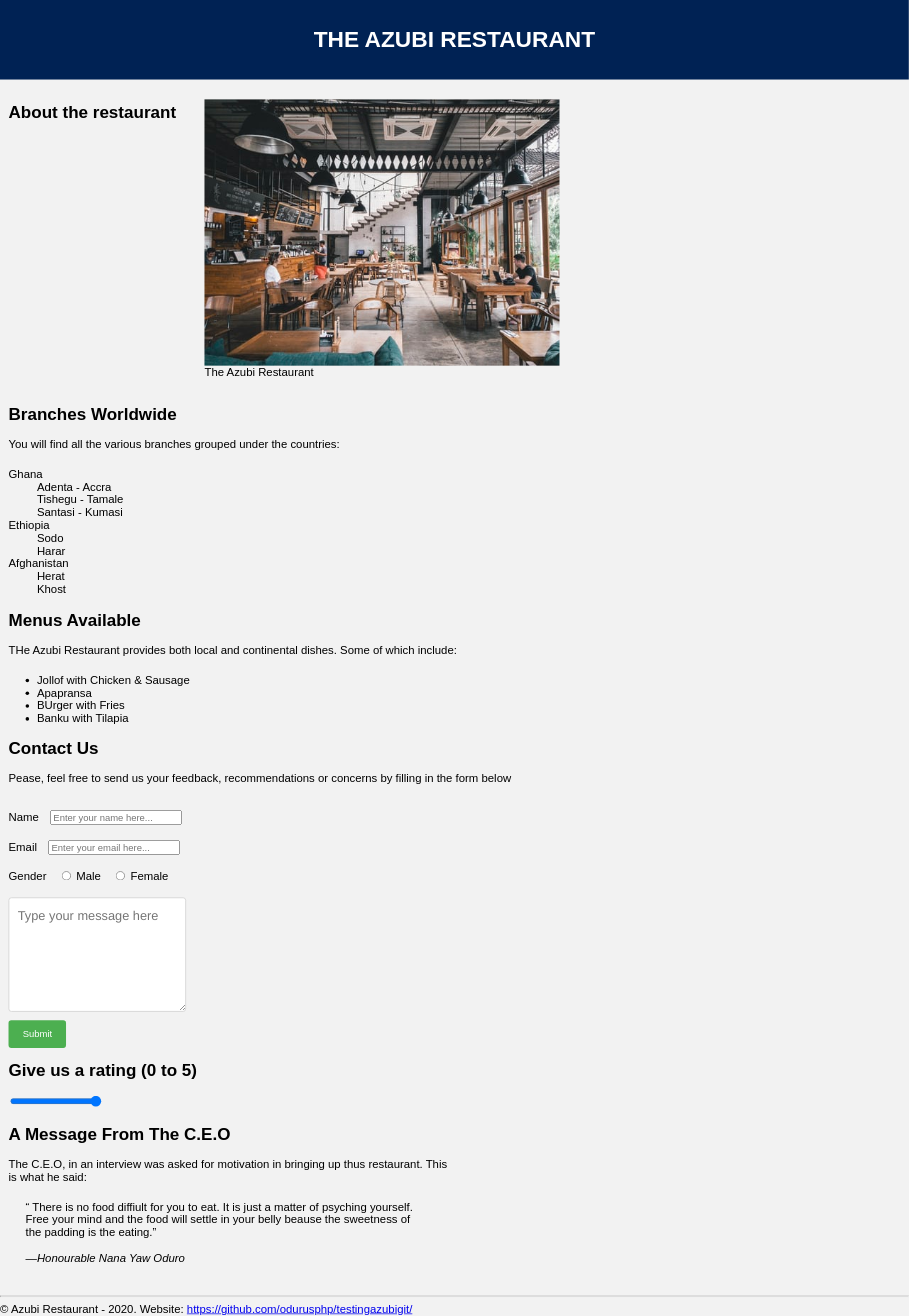
Repository: odurusphp/testingazubigit
Page: Fortune/FortunatusWulnye.html
These files come from the project's save history. The page is drawn as it stood at one moment and after the next save; the edit follows.
The browser window is 1280 px wide. The pictures show the whole page, at 71% of full size.

Above is the page before, as saved 2020-08-03 03:20:59.

### Fortune/FortunatusWulnye.html
<!--COMMENTS THAT ARE MINE ARE WRITTEN IN CAPITAL LETTERS-->
<!--THE GENERAL STRUCTURE OF THE PAGE IS GOOD WITH THE INDENTATION TOO-->
<!--THE CLASSES THAT YOU IMPLEMENTED TOO ARE GREAT KEEP IT UP-->
<!DOCTYPE html>
<html lang="en">
  <head>

    <meta charset="UTF-8" />
    <meta name="viewport" content="width=device-width, initial-scale=1.0" />
    <title>The Azubi Restaurant</title>
    <meta name="descrition" content="A website for Azubi restaurant">
    <meta name="author" content="Fortunatus Aabangbio Wulnye">
    <link rel="stylesheet" href="css/style.css">

  </head>

  <body>

      <header class="main-header">
        <div class="brand">
          <h1 class="site-title"><a href="#">THE AZUBI RESTAURANT</a></h1>
        </div>
      </header>

      <main class="main-container">
        <section class="aboutOne" >

        <aside class="about" >
          <h2>About the restaurant</h2>
          <!-- <p> -->
            <!-- The Azubi Restaurant is a German-based restaurant which provides -->
            <!-- it's customers with both <br /> -->
            <!-- local and continental dishes. It's headquarters is in Bielefeld in -->
            <!-- Germany. -->
          <!-- </p> -->
          <!-- <p> -->
            <!-- The image below is an interior view of the restaurant with a caption. -->
          <!-- </p> -->
          <!--IN ADDING THE IMAGE YOU TYPED OUT THE SRC WRONGLY KINDLY TAKE NOTE AND DO WELL TO REVIEW YOUR PAGE ALWAYS-->
        </aside>
  <div class="about-fig">
    <figure>
      <img src="images/FortununatusWulnyeRestaurant.jpg" alt="Azubi Restaurant" />
      <figcaption>The Azubi Restaurant</figcaption>
    </figure>
  </div>
        </section>

        <section class="branches">
          <h2>Branches Worldwide</h2>
          <p>You will find all the various branches grouped under the countries:</p>
          <dl>
            <dt class="country">Ghana</dt>
            <div class="location">
              <dd>Adenta - Accra</dd>
              <dd>Tishegu - Tamale</dd>
              <dd>Santasi - Kumasi</dd>
            </div>

            <dt class="country">Ethiopia</dt>
            <div class="location">
              <dd>Sodo</dd>
              <dd>Harar</dd>
            </div>

            <dt class="country">Afghanistan</dt>
            <div class="location">
              <dd>Herat</dd>
              <dd>Khost</dd>
            </div>
          </dl>
        </section>

        <section class="menus">
          <h2>Menus Available</h2>
          <p>THe Azubi Restaurant provides both local and continental dishes. Some of which include:</p>
          <ul>
            <li>Jollof with Chicken & Sausage</li>
            <li>Apapransa</li>
            <li>BUrger with Fries</li>
            <li>Banku with Tilapia</li>
          </ul>
        </section>

        <div class="Contact">
          <h2>Contact Us</h2>
          <p>Pease, feel free to send us your feedback, recommendations or concerns by filling in the form below</p>
          <form action="" method="POST">
            <label for="fname">Name</label>
            <input type="text" name="fname" placeholder ="Enter your name here..." required> <br>

            <label for="email">Email</label>
            <input type="text" name="email" placeholder ="Enter your email here..." required> <br>

            <label for="gender">Gender</label>
            <input type="radio" id="male" value="male">
            <label for="gender">Male</label>
            <input type="radio" id="female" value="female">
            <label for="gender">Female</label> <br>

            <textarea name="message" id="" cols="20" rows="5" placeholder="Type your message here"></textarea> <br/>

            <input type="submit" value="Submit"  />
          </form>
          <br>

        </div>
        <br>

        <div class="rating">
          <h2>Give us a rating (0 to 5)</h2>
          <div class="slider">
             <input type="range" min="0" max="5" value="50">
          </div>
        </div>

        <div class="ceomessage">
          <h2>A Message From The C.E.O</h2>
          <P>The C.E.O, in an interview was asked for motivation in bringing up thus restaurant. This<br> is what he said: <blockquote> <q> There is no food diffiult for you to eat. It is just a matter of psyching yourself.<br> Free your mind and the food
          will settle in your belly beause the sweetness of <br> the padding is the eating.</q><br> <br>
        &mdash;<cite>Honourable Nana Yaw Oduro</cite>
      </blockquote>
           </P>
        </div>

      </main>
        <hr />

        <footer>
          &copy; Azubi Restaurant - 2020. Website: <a
          href="https://github.com/odurusphp/testingazubigit/">https://github.com/odurusphp/testingazubigit/</a>
        </footer>

  </body>
</html>

### Fortune/css/style.css
html {
  font-family: sans-serif;
  -webkit-text-size-adjust: 100%;
  -ms-text-size-adjust: 100%;
  justify-content: center;
  align-items: middle;
}
body {
  margin: 0;
  background-color: hsl(0, 0%, 95%);
}

/*--------------------------------------------------------------
Header styles
--------------------------------------------------------------*/

.main-header {
  padding: 1em 0;
  background-color: #002254;
}

.brand {
  /* padding: 70px 0; */
  text-align: center;
  border: "0.5rem solid pink";
}
.site-title a {
  text-decoration: none;
  color: #fff;
  /* -js-display: flex; */
  /* display: flex; */
  /* align-items: baseline; */
  /* margin: 0; */
  /* font-weight: 400; */
  /* text-align: center; */
  /* color: white; */
}

.aboutOne {
  display: flex;
}

.about {
  display: flex;
  flex-direction: row;
  justify-content: center;
}
.main-container {
  border-radius: 2px;
  padding: 12px;
}

aside,
figcaption,
figure,
footer,
header,
main,
nav,
section {
  display: block;
}

a:active,
a:hover {
  outline: 0;
}

b,
strong {
  font-weight: bold;
}

p {
  margin-bottom: 1.5em;
}

h1 {
  font-size: 2em;
  margin: 0.67em 0;
}

img {
  display: block;
  border: 0;
  width: auto;
  height: auto;
}

label {
  padding: 12px 12px 12px 0;
  display: inline-block;
}

input [type="text"],
select,
textarea {
  color: inherit;
  font: inherit;
  margin: 0;
  padding: 12px;
  border: 1px solid #ccc;
  border-radius: 4px;
  resize: vertical;
  margin: 8px 0;
  font-family: "Source Sans Pro", "Helvetica", Arial, sans-serif;
  font-size: 18px;
  line-height: 1.5;
}

input[type="submit"] {
  background-color: #4caf50;
  color: white;
  padding: 12px 20px;
  border: none;
  border-radius: 4px;
  cursor: pointer;
  float: left;
}

select {
  text-transform: none;
}

textarea {
  overflow: auto;
}

input::-moz-focus-inner {
  border: 0;
  padding: 0;
}

input {
  line-height: normal;
}

input[type="radio"] {
  box-sizing: border-box;
  padding: 0;
}

blockquote {
  margin: 0 1.5em;
}

After the next save:
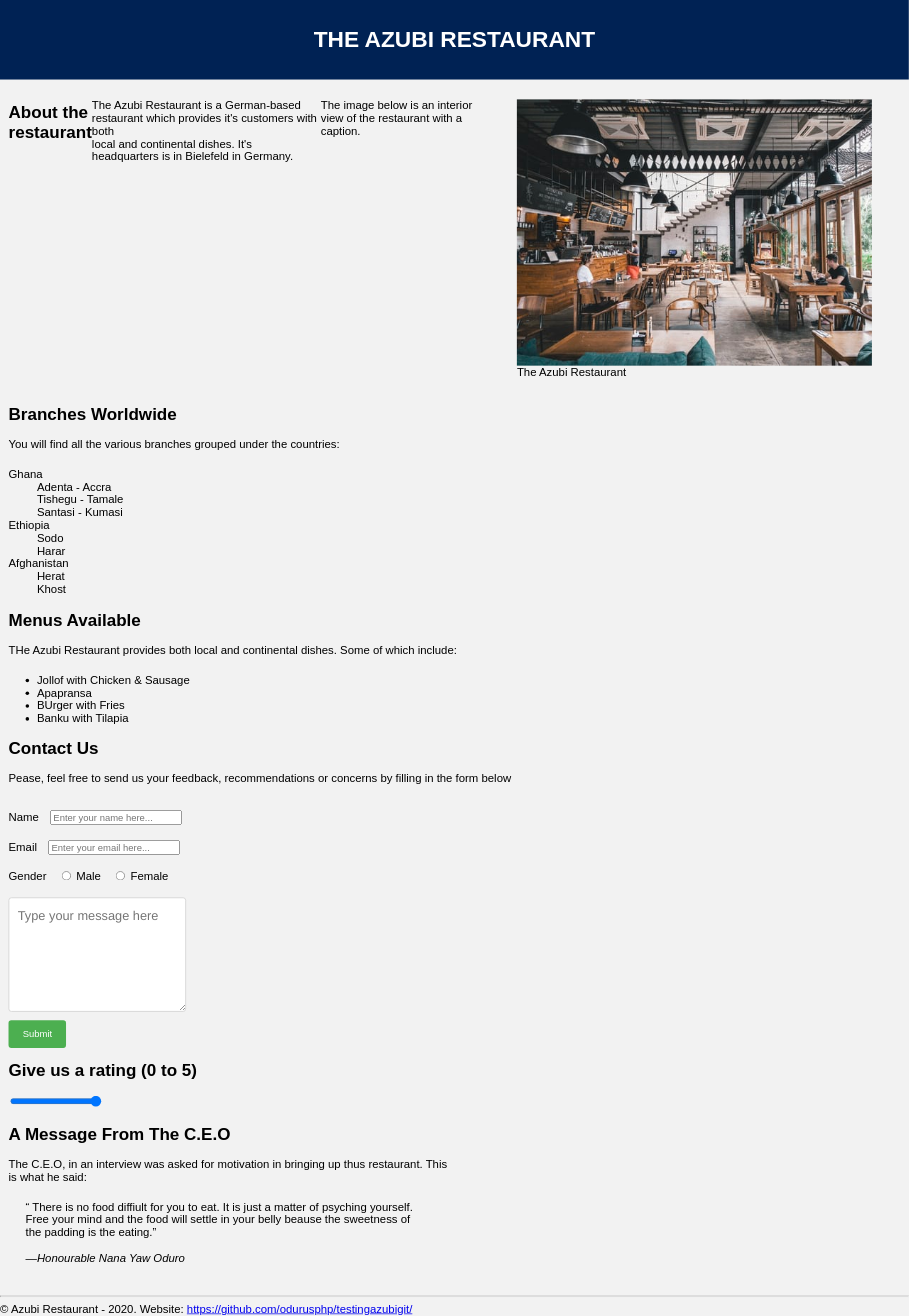
Saved 59 s later.
--- a/Fortune/FortunatusWulnye.html
+++ b/Fortune/FortunatusWulnye.html
@@ -27,15 +27,15 @@
 
         <aside class="about" >
           <h2>About the restaurant</h2>
-          <!-- <p> -->
-            <!-- The Azubi Restaurant is a German-based restaurant which provides -->
-            <!-- it's customers with both <br /> -->
-            <!-- local and continental dishes. It's headquarters is in Bielefeld in -->
-            <!-- Germany. -->
-          <!-- </p> -->
-          <!-- <p> -->
-            <!-- The image below is an interior view of the restaurant with a caption. -->
-          <!-- </p> -->
+          <p>
+            The Azubi Restaurant is a German-based restaurant which provides
+            it's customers with both <br />
+            local and continental dishes. It's headquarters is in Bielefeld in
+            Germany.
+          </p>
+          <p>
+            The image below is an interior view of the restaurant with a caption.
+          </p>
           <!--IN ADDING THE IMAGE YOU TYPED OUT THE SRC WRONGLY KINDLY TAKE NOTE AND DO WELL TO REVIEW YOUR PAGE ALWAYS-->
         </aside>
   <div class="about-fig">
